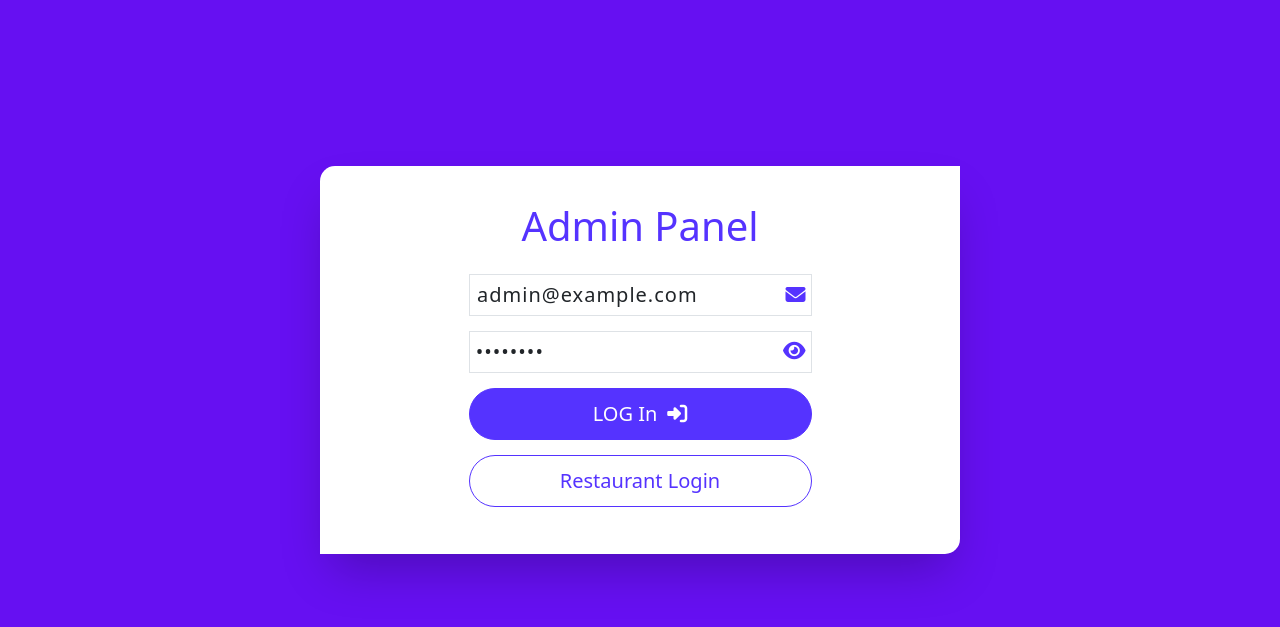
Repository: FlyweisReact/GopalAdminPanel
Page: /
The author's editor kept a copy of each file at every save. The page is drawn from the files as they stood at one save, then again after a run of saves.
The browser window is 1280 px wide. The pictures show the whole page.
Some web libraries are served in a nearby version. The project was rebuilt for these pictures with package versions that can differ from the ones it lists, and the page was loaded fresh each time. Also part of the build but not shown: src/components/pages/Dashboard.jsx, src/vendorPanel/components/Auth.jsx, src/components/BaseUrl.jsx, src/components/pages/products/Products.jsx, src/components/pages/categories/Categories.jsx, src/components/pages/banner/Banner.jsx, src/components/pages/orders/Orders.jsx, src/components/pages/terms/Terms.jsx and 50 more. Imported but missing from the stored project, and not drawn on this page: src/components/layout/HOC.

Above is the page before, as saved 2023-04-03 13:03:43.

After the next 2 saves:
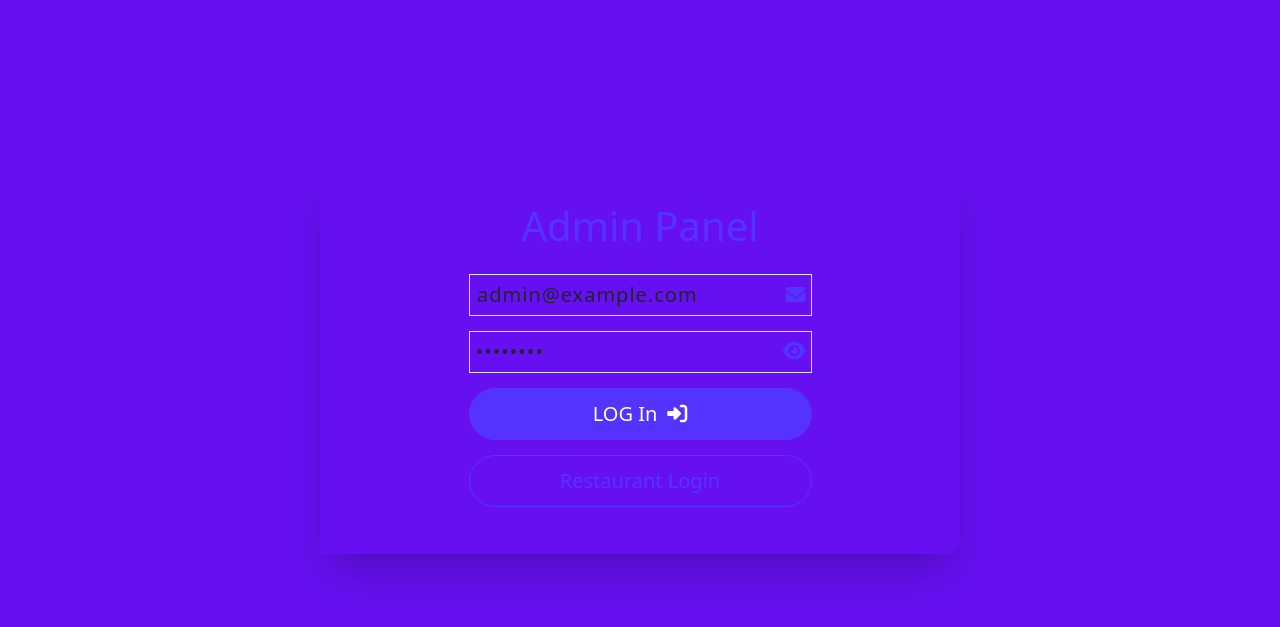
The 2 saves are shown as one change because they came seconds apart.
The last was saved 27 s later.
--- a/src/components/forms/Login.jsx
+++ b/src/components/forms/Login.jsx
@@ -46,7 +46,7 @@ const Login = () => {
             login(values);
           }}
         >
-          <Form className="shadow-2xl w-96 mx-3 sm:mx-0 sm:w-4/5 md:w-4/6 lg:w-4/5 xl:w-1/2 flex flex-col items-center bg-white p-5 md:py-10 rounded-tl-3xl rounded-br-3xl">
+          <Form className="shadow-2xl w-96 mx-3 sm:mx-0 sm:w-4/5 md:w-4/6 lg:w-4/5 xl:w-1/2 flex flex-col items-center p-5 md:py-10 rounded-tl-3xl rounded-br-3xl">
 
             <span
               className=" text-center text-[rgb(85, 51, 255)]"
